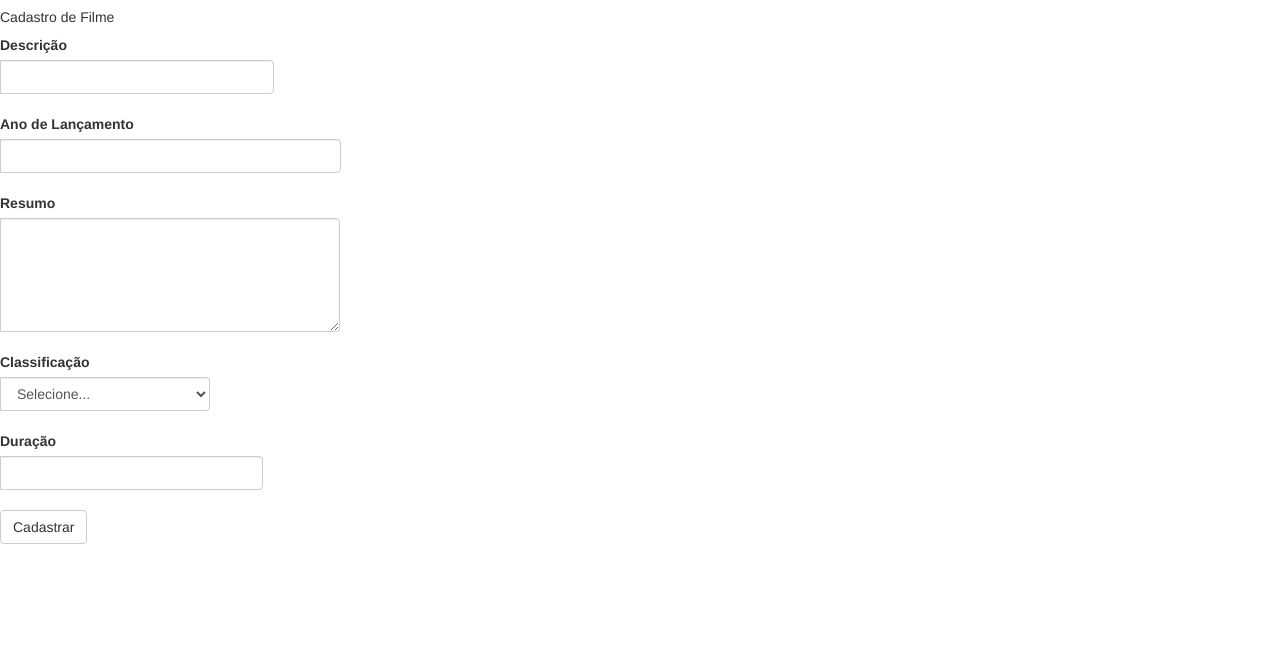
Repository: cadupedrassani/CursoDeJava
Page: Avaliação/BaseAPI/WebApp/src/main/webapp/filme/cadastro.html
The author's editor kept a copy of each file at every save. The page is drawn from the files as they stood at one save, then again after the next save.
The browser window is 1280 px wide. The pictures show the whole page.

Above is the page before, as saved 2016-12-06 16:43:54.

After the next save:
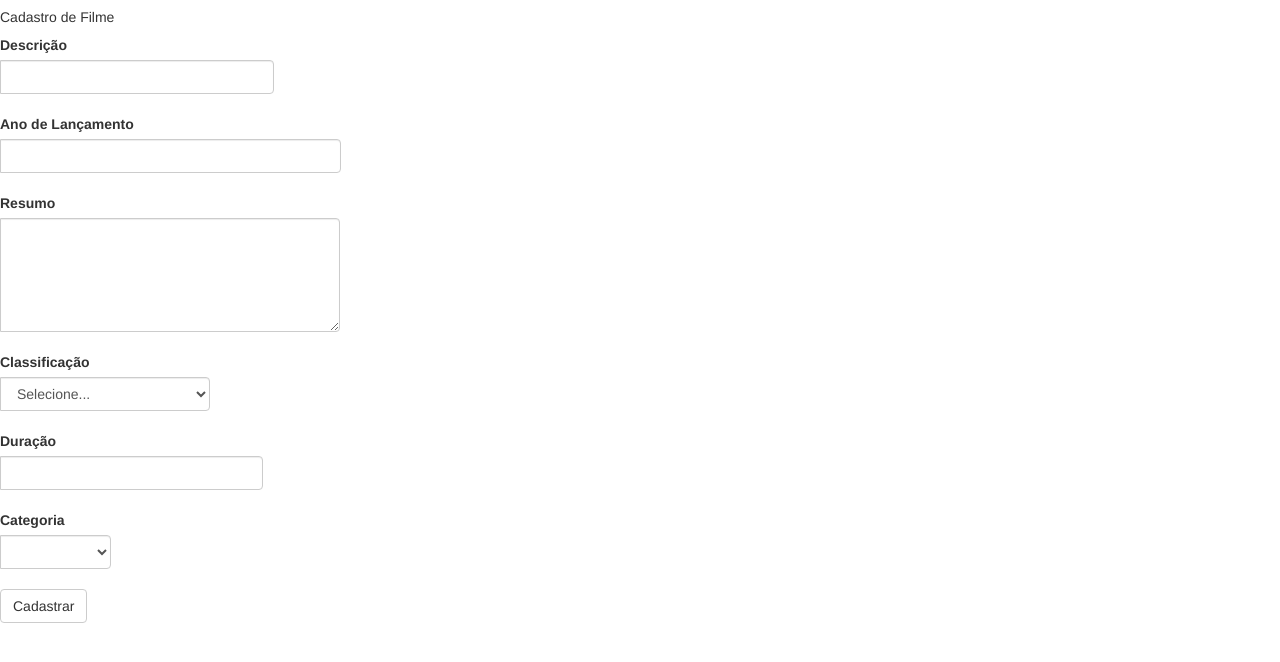
Saved 75 s later.
--- a/Avaliação/BaseAPI/WebApp/src/main/webapp/filme/cadastro.html
+++ b/Avaliação/BaseAPI/WebApp/src/main/webapp/filme/cadastro.html
@@ -56,6 +56,13 @@
 </br>
 
 <div class="input-group">
+	<label>Categoria</label>
+	<select id="categoria-filme" class="form-control"></select>
+
+</div>
+</br>
+
+<div class="input-group">
 	<button id="cadastrar"
 	        type="button"
 	        class="btn btn-default gold"
